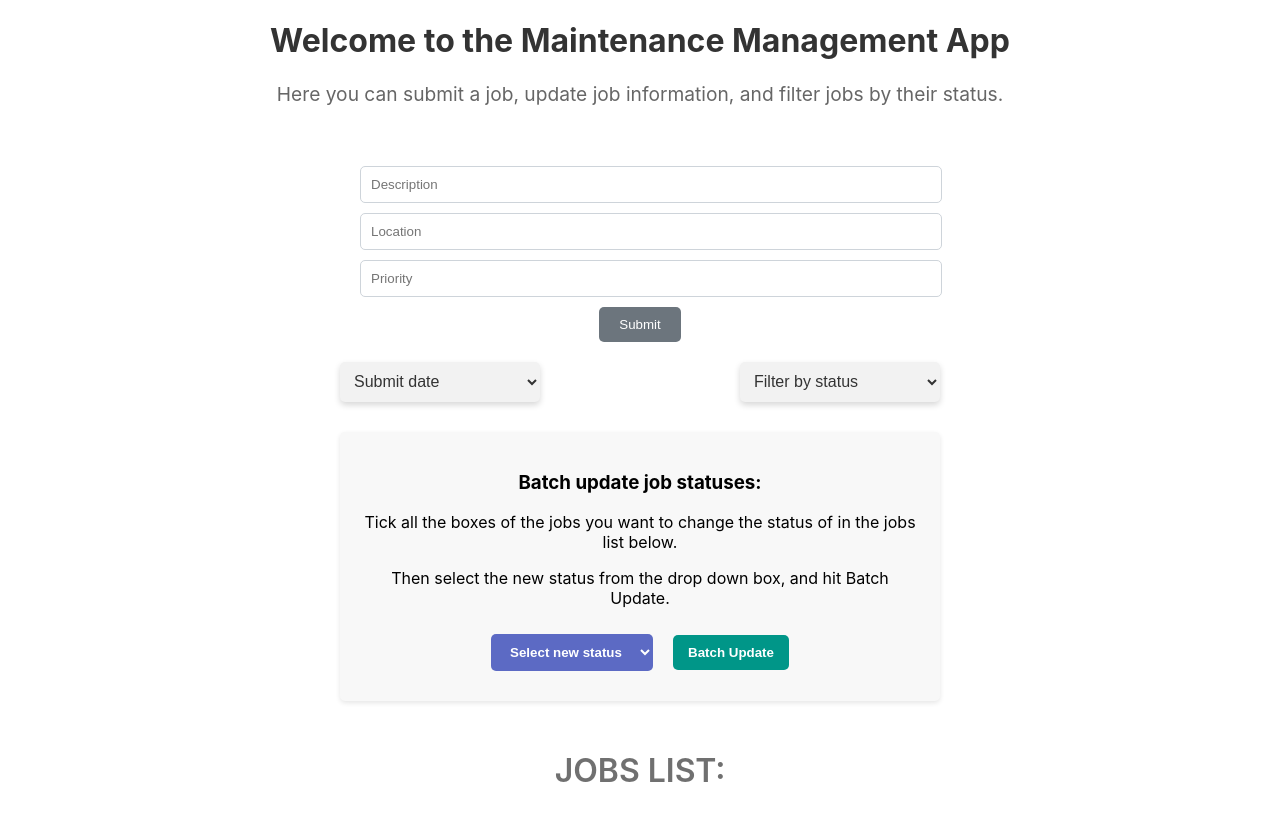
Repository: mikasteyn999/Maintenance-Manager-App
Page: / (app in frontend/)
An editor plug-in stored every save of this project. The page is shown before and after the next save, followed by the edit.
The browser window is 1280 px wide. The pictures show the whole page.
The page's requests for data from a server got no answer. The project was rebuilt for these pictures with package versions that can differ from the ones it lists, and the page was loaded fresh each time. No one was signed in, and anything a server would have sent is missing. Also part of the build but not shown: frontend/src/style/Job.css, frontend/src/components/Job.js, frontend/src/style/JobUpdateForm.css, frontend/src/components/JobUpdateForm.js.

Above is the page before, as saved 2023-06-05 17:49:05.

### frontend/src/App.js
// Import necessary libraries and components
import React from 'react';
import Router from './Router';
import './style/App.css'

// Define the App component
// This component uses the Router component to handle routing
const App = () => {
  return (
    <div className="app">
      <h1 className="app-title">Welcome to the Maintenance Management App</h1> {/* Welcome title */}
      <p className="app-instructions">Here you can submit a job, update job information, and filter jobs by their status.</p> {/* Instructions */}
      <Router /> {/* Use Router component for handling routes */}
    </div>
  );
}

// Export the App component
export default App;

### frontend/src/Router.js
// Import necessary libraries and components
import React from 'react';
import { BrowserRouter as Router, Route, Routes } from 'react-router-dom';
import Home from './components/Home';
import JobForm from './components/JobForm';
import JobsList from './components/JobsList';
import JobUpdateForm from './components/JobUpdateForm'

// Define the Router component
// This component defines the routes for the React app
// The Home component (which contains both the JobForm and JobsList components) is displayed when the path is exactly "/"
// The JobForm component is displayed when the path is "/submit"
// The JobsList component is displayed when the path is "/jobs"
const AppRouter = () => {
    return (
        <Router>
            <Routes>
                <Route path="/" element={<Home />} /> {/* Home route */}
                <Route path="/submit" element={<JobForm />} /> {/* Job submission route */}
                <Route path="/jobs" element={<JobsList />} /> {/* Jobs listing route */}
                <Route path="/edit/:id" element={<JobUpdateForm />} />
            </Routes>
        </Router>
    );
};

// Export the Router component
export default AppRouter;

### frontend/src/style/App.css
/* App.css */

.app {
  text-align: center;
}

.app-title {
  font-size: 2em;
  color: #333;
  text-align: center;
}

.app-instructions {
  font-size: 1.2em;
  color: #666;
  margin-bottom: 20px;
  text-align: center;
}

/* style the form container */
.app .job-form {
  max-width: 800px;  /* limit the width */
  margin: 0 auto;   /* center the form */
  padding: 20px;    /* add some padding */
}

/* style the jobs list container */
.app .jobs-list {
  max-width: 600px;  /* limit the width */
  margin: 0 auto;   /* center the jobs list */
  padding: 20px;    /* add some padding */
}

.app .jobs-list .batch-update {
  max-width: 800px;
}

### frontend/src/components/Home.js
// Import necessary components
import React from 'react';
import JobsList from './JobsList';

// Define the Home component
// This component contains the job submission form and job listings
const Home = () => {
  return (
    <div className="home">
      <JobsList /> {/* Job listings */}
    </div>
  );
}

// Export the Home component
export default Home;

### frontend/src/components/JobForm.js
// Import React
import React, { useState } from 'react';
import '../style/JobForm.css'; // Import the CSS

// Define the JobForm component. This component will contain a form that allows users to submit a new job.
// The component has a local state, job, which is updated every time the user types in one of the form inputs.
// The handleChange function updates the job state.
// The handleSubmit function makes a POST request to the /jobs route to submit the new job.
const JobForm = (props) => {
  const [job, setJob] = useState({ description: '', location: '', priority: '' });

  // Adding new state variable for error message.
  const [error, setError] = useState('');

  const handleChange = (e) => {
    setJob({ ...job, [e.target.name]: e.target.value });
  };

  const handleSubmit = async (e) => {
    e.preventDefault();

    // Adding form validation. Check that all fields are filled and priority is a number.
    if (!job.description || !job.location || !job.priority) {
      setError('Please fill in all fields'); // Set error message
      return; // Stop the function
    }
    if (isNaN(job.priority)) {
      setError('Priority must be a number'); // Set error message
      return; // Stop the function
    }

    try {
      const response = await fetch('http://localhost:5000/api/jobs', {
        method: 'POST',
        headers: {
          'Content-Type': 'application/json',
        },
        body: JSON.stringify(job),
      });
      if (!response.ok) {
        throw new Error(`HTTP error! status: ${response.status}`);
      }
      const newJob = await response.json();
      console.log("New Job:", newJob);  // log new job
      props.addNewJob(newJob); // add the new job to the jobs list
      setError(''); // Clear the error message if the job was successfully added
    } catch (err) {
      setError('An error occurred when submitting the job'); // Set error message
    }
  };

  // In the return statement, a new paragraph is added to display any error messages
  return (
    <form className="job-form" onSubmit={handleSubmit}>
      {error && <p className="error">{error}</p>} {/* Display error message if there is one */}
      <input type="text" name="description" value={job.description} onChange={handleChange} placeholder="Description" />
      <input type="text" name="location" value={job.location} onChange={handleChange} placeholder="Location" />
      <input type="text" name="priority" value={job.priority} onChange={handleChange} placeholder="Priority" />
      <button type="submit">Submit</button>
    </form>
  );
};

export default JobForm;

### frontend/src/components/JobsList.js
// Import necessary modules
import React, { useEffect, useState } from 'react';
import Job from './Job';
import JobForm from './JobForm';
import '../style/JobsList.css';

// Define the JobsList component
const JobsList = () => {
  // Initialize state variables
  const [jobs, setJobs] = useState([]);
  const [sortOrder, setSortOrder] = useState("date"); // Default sort order is by date
  const [selectedJobs, setSelectedJobs] = useState([]);
  const [filterStatus, setFilterStatus] = useState("");
  const [jobAdded, setJobAdded] = useState(false);
  const [errorMessage, setErrorMessage] = useState(''); // Add state for error message
  const [batchUpdateMessage, setBatchUpdateMessage] = useState(''); // State for batch success message



   // Fetch jobs function
   const fetchJobs = async () => {
    let url = `http://localhost:5000/api/jobs?sort=${sortOrder}`;
    if (filterStatus) url += `&status=${filterStatus}`; // Add status query parameter if a status filter is selected
    const response = await fetch(url);
    const data = await response.json();
    setJobs(data.filter(job => job.status !== 'Archived')); // Filter out archived jobs
  };

  // Fetch jobs when the component is first rendered and when sortOrder or filterStatus changes
  useEffect(() => {
    fetchJobs();
  }, [sortOrder, filterStatus]);

  // Hide job added message after 2 seconds when a job is added
  useEffect(() => {
    if (jobAdded) {
      setTimeout(() => {
        setJobAdded(false);
      }, 2000); // 2000ms = 2s
    }
  }, [jobAdded]);

  // Update sort order
  const handleSortChange = (event) => {
    setSortOrder(event.target.value);
  };

    // Batch update function
    const handleBatchUpdate = async () => {
      const status = document.getElementById('batchStatusUpdate').value;
      if (!status) {
        console.error('No status selected for batch update');
        setErrorMessage('Please select a status for batch update');
        return;
      }
      if (selectedJobs.length === 0) {
        console.error('No jobs selected for batch update');
        setErrorMessage('Please select at least one job for batch update');
        return;
      }
      try {
        const response = await fetch('http://localhost:5000/api/jobs/batch', {
            method: 'PUT',
            headers: {
                'Content-Type': 'application/json',
            },
            body: JSON.stringify({ jobIds: selectedJobs, status }),
        });

        if (response.ok) {
          console.log('Batch update successful');
          setBatchUpdateMessage('Batch update successful!');
          setTimeout(() => setBatchUpdateMessage(''), 3000); // Clear message after 3 seconds
          setSelectedJobs([]); // Clear selected jobs after successful update
          setErrorMessage(''); // Clear the error message after successful update
          // fetch the jobs again
          fetchJobs();
        } else {
          console.error('Failed to batch update jobs');
          setErrorMessage('Failed to batch update jobs');
          setTimeout(() => setBatchUpdateMessage(''), 3000); // Clear message after 3 seconds
        }
      } catch (error) {
        console.error(`An error occurred: ${error}`);
      }
    };

    // Function to handle archive
    const handleArchive = async (jobId) => {
      try {
        const response = await fetch(`http://localhost:5000/api/jobs/archive/${jobId}`, {
          method: 'PUT',
        });

        if (!response.ok) {
          console.error('Failed to archive job');
        } else {
          setJobs(jobs.filter(job => job._id !== jobId)); // Remove the archived job from the local state
        }
      } catch (error) {
        console.error(`An error occurred: ${error}`);
      }
    };

    // Pass handleArchive as a prop to the Job component
    {jobs.map((job) => (
      <Job key={job._id} job={job} handleArchive={handleArchive} selectedJobs={selectedJobs} setSelectedJobs={setSelectedJobs} />
    ))}

    const addNewJob = (newJob) => {
      console.log("addNewJob called with:", newJob);  // log input to addNewJob
      setJobs([newJob, ...jobs]);
      setJobAdded(true); // Display job added message
    };


    return (
      <div className='jobs-list'>

        {/* Display job added message */}
        {jobAdded && <p className='success-message'>Job added successfully!</p>}

        {/* Add JobForm here */}
        <JobForm addNewJob={addNewJob} />

        {/* Add sort order dropdown */}
        <select className='select-sort' value={sortOrder} onChange={handleSortChange}>
          <option value="">Sort by</option>
          <option value="date">Submit date</option>
          <option value="status">Status</option>
        </select>

        {/* Add status filter dropdown */}
        <select className='select-filter' value={filterStatus} onChange={(e) => setFilterStatus(e.target.value)}>
          <option value="">Filter by status</option>
          <option value="Submitted">Submitted</option>
          <option value="In Progress">In Progress</option>
          <option value="Completed">Completed</option>
        </select>

        {/* Batch update */}
        <div className='batch-update'>
          <h3>Batch update job statuses:</h3>
          <p>Tick all the boxes of the jobs you want to change the status of in the jobs list below.</p>
          <p>Then select the new status from the drop down box, and hit Batch Update.</p>
          <select id="batchStatusUpdate" name="batchStatusUpdate">
            <option value="">Select new status</option>
            <option value="Submitted">Submitted</option>
            <option value="In Progress">In Progress</option>
            <option value="Completed">Completed</option>
          </select>
          <button onClick={handleBatchUpdate}>Batch Update</button>
        </div>

        {/* Display success message */}
        {batchUpdateMessage && <p className="success-message">{batchUpdateMessage}</p>}

        {/* Display error message if there is one */}
        {errorMessage && <p className="error-message">{errorMessage}</p>}

        <div className='jobs-header'>JOBS LIST:</div>

        {/* List the jobs */}
        {jobs.map((job) => (
          <Job key={job._id} job={job} handleArchive={handleArchive} selectedJobs={selectedJobs} setSelectedJobs={setSelectedJobs} />
        ))}
      </div>
    );
};

export default JobsList;

### frontend/src/style/JobForm.css
.job-form {
    margin-bottom: 20px;
    width: 600px;
}

.job-form input {
    display: block;
    width: 100%;
    padding: 10px;
    margin-bottom: 10px;
    border: 1px solid #ced4da;
    border-radius: 5px;
}

.job-form button {
    padding: 10px 20px;
    border: none;
    border-radius: 5px;
    background-color: #6c757d;
    color: #fff;
    cursor: pointer;
}

### frontend/src/style/JobsList.css
.jobs-list {
    display: flex;
    flex-wrap: wrap;
    justify-content: space-between;
}

.jobs-header {
    font-size: xx-large;
    padding: 5%;
    font-weight: 600;
    color: rgb(112, 112, 112);
    width: 600px;
}

/* Style the select element */
.select-sort {
    width: 200px;
    height: 40px;
    border: none;
    border-radius: 5px;
    padding: 5px 10px;
    margin-bottom: 20px;
    box-shadow: 0 3px 6px 0 rgba(0,0,0,0.16);
    font-size: 16px;
    color: #333;
    background-color: #f2f2f2;
    transition: background-color 0.3s ease;
}

/* Style the options inside the select element */
.select-sort option {
    color: #333;
    background-color: #f2f2f2;
}

/* Change the background color of the select when it's focused */
.select-sort:focus {
    background-color: #e6e6e6;
}

.batch-update {
    max-width: 800px;
    align-items: center;
    justify-content: space-between;
    padding: 20px;
    margin-bottom: 20px;
    background-color: #f8f8f8;
    border-radius: 5px;
    box-shadow: 0 2px 5px rgba(0,0,0,0.1);
}

.batch-update select,
.batch-update button {
    padding: 10px 15px;
    border: none;
    border-radius: 5px;
    background-color: #5c6ac4;
    color: white;
    font-weight: bold;
    cursor: pointer;
    margin: 10px;
}


.batch-update button {
    background-color: #009688;
}

.batch-update button:hover {
    background-color: #00796b;
}

/* Style the select element */
.select-filter {
    width: 200px;
    height: 40px;
    border: none;
    border-radius: 5px;
    padding: 5px 10px;
    margin-bottom: 30px;
    box-shadow: 0 3px 6px 0 rgba(0,0,0,0.16);
    font-size: 16px;
    color: #333;
    background-color: #f2f2f2;
    transition: background-color 0.3s ease;
}

/* Style the options inside the select element */
.select-filter option {
    color: #333;
    background-color: #f2f2f2;
}

.error-message {
    color: red;
    font-weight: bold;
}

.success-message {
    color:rgb(6, 204, 6);
    font-weight: bold;
}

Loaded but not shown: frontend/public/index.html (common file); frontend/src/index.js (common file); frontend/src/index.css (common file); frontend/src/reportWebVitals.js (common file)

After the next save:
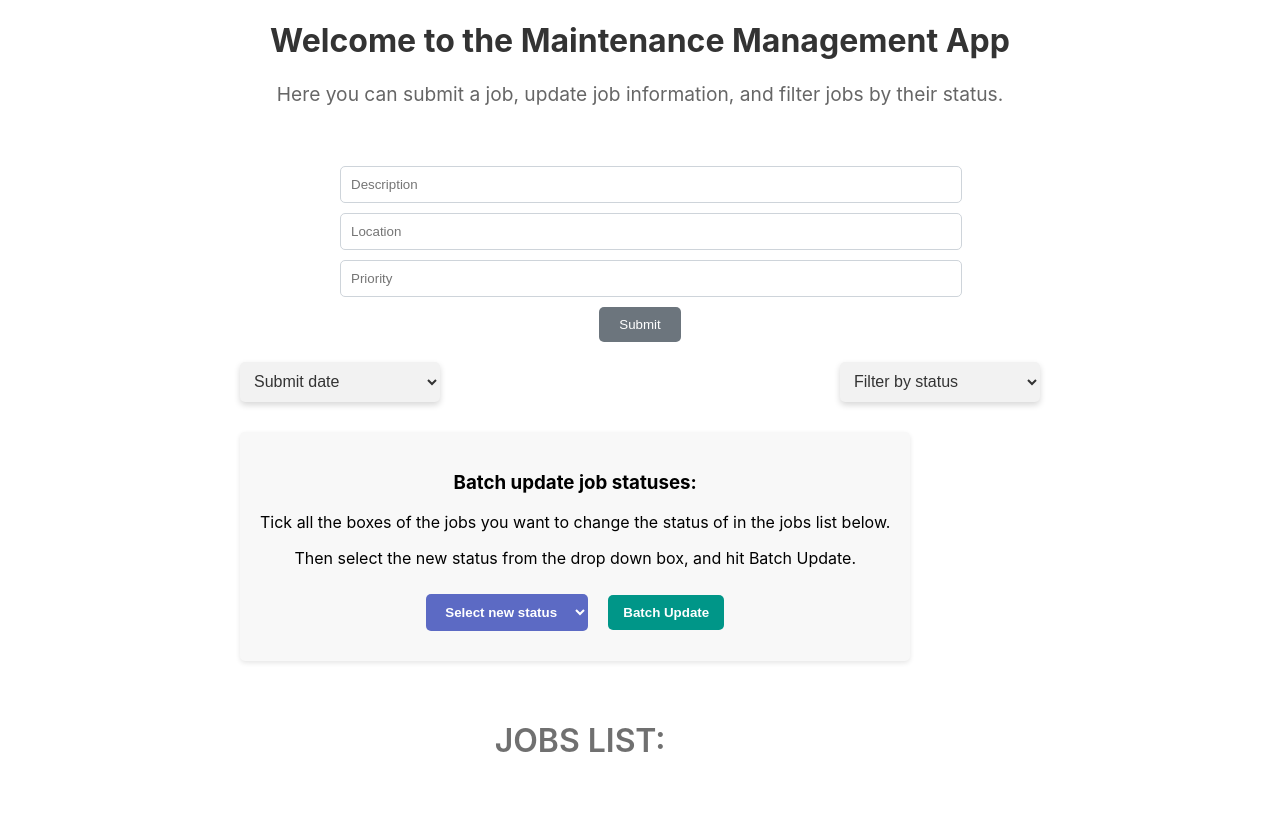
Saved 8 s later.
--- a/frontend/src/style/App.css
+++ b/frontend/src/style/App.css
@@ -26,7 +26,7 @@
 
 /* style the jobs list container */
 .app .jobs-list {
-  max-width: 600px;  /* limit the width */
+  max-width: 800px;  /* limit the width */
   margin: 0 auto;   /* center the jobs list */
   padding: 20px;    /* add some padding */
 }
